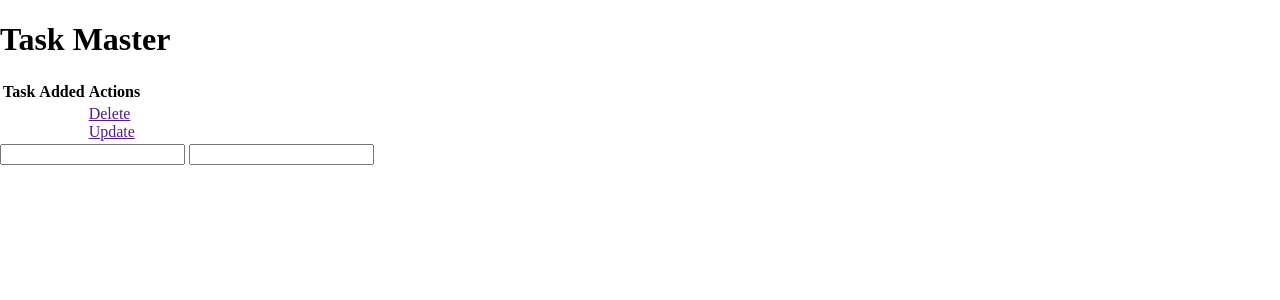
Repository: wrzonki/flask-web-template-db
Page: http://localhost/
The author's editor kept a copy of each file at every save. The page is drawn from the files as they stood at one save, then again after the next save.
The browser window is 1280 px wide. The pictures show the whole page.
The page is served by the project's application, run on Flask 3 (app.py).

Above is the page before, as saved 2019-11-24 01:56:17.

After the next save:
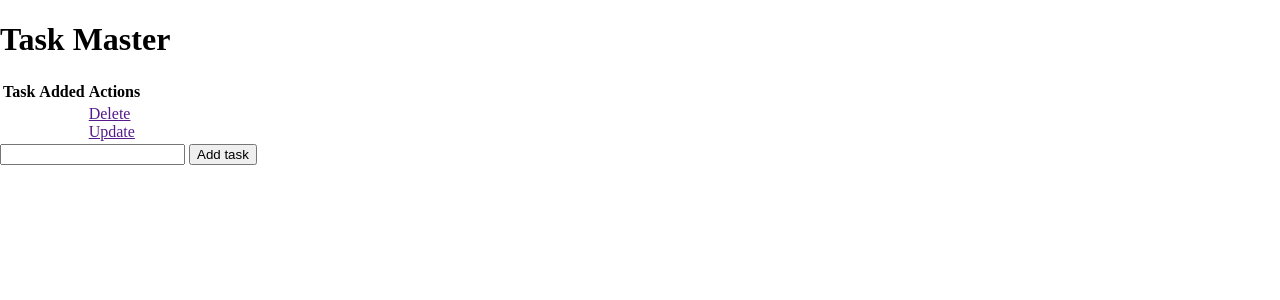
Saved 17 s later.
--- a/templates/index.html
+++ b/templates/index.html
@@ -29,7 +29,7 @@
 
     <form action="/" method="POST">
         <input type="text" name="content" id="content"/>
-        <input type="text" name="content" id="content"/>
+        <input type="submit" value="Add task" id="content"/>
     </form>
 </div>
 {% endblock%}
